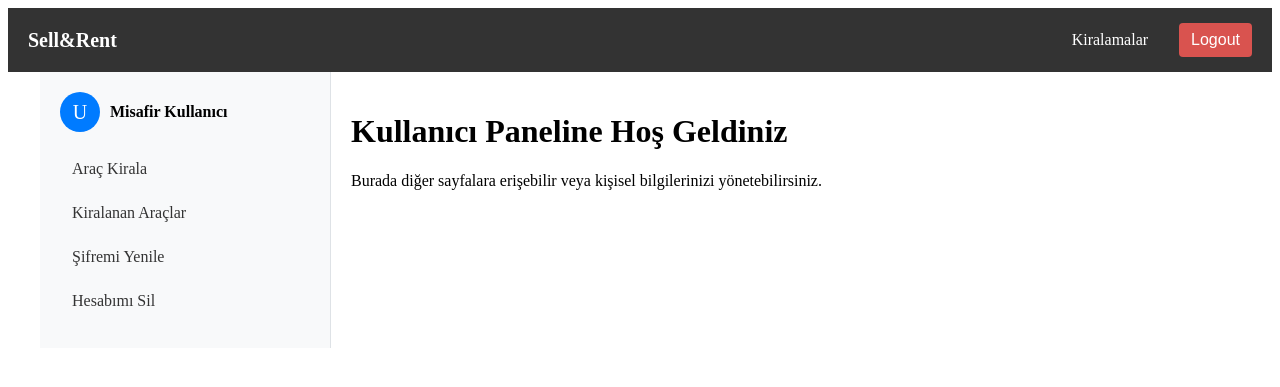
Repository: SelmanEminKulfal/CarBookManagementSystemUsingJava
Page: http://localhost/sellandrent/user-panel.jsp
The author's editor kept a copy of each file at every save. The page is drawn from the files as they stood at one save, then again after the next save.
The browser window is 1280 px wide. The pictures show the whole page.
The page is served by Tomcat 10. Nobody is signed in. The application's start-up code is not run.

Above is the page before, as saved 2025-04-12 09:15:59.

After the next save:
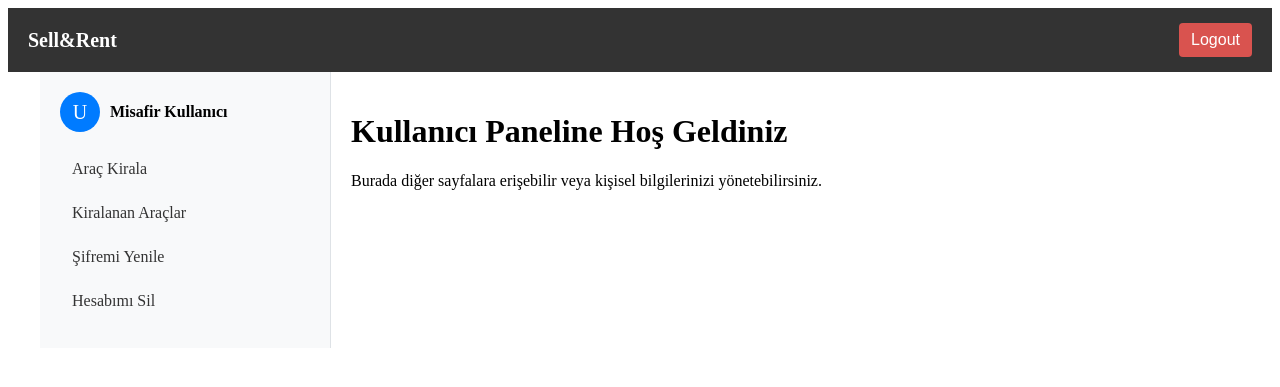
Saved 48 s later.
--- a/sellandrent/src/main/webapp/user-panel.jsp
+++ b/sellandrent/src/main/webapp/user-panel.jsp
@@ -115,7 +115,6 @@
     <div class="navbar">
         <div class="navbar-left">Sell&Rent</div>
         <div class="navbar-right">
-            <a href="rents">Kiralamalar</a>
             <form action="logout" method="post" style="display: inline;">
                 <button type="submit">Logout</button>
             </form>
